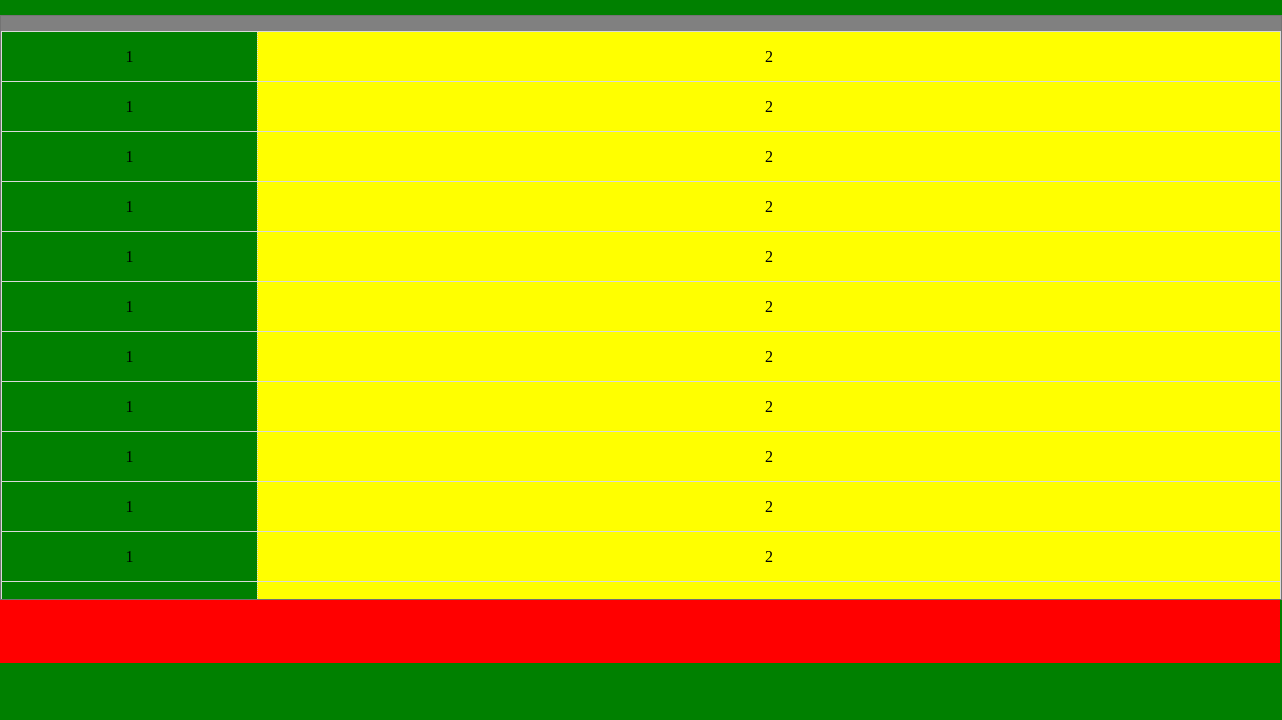
Repository: wangxinjun08231116/Html5Views
Page: WangXinJun/WebContent/htmls/ChangYongMark/table.html
These files come from the project's save history. The page is drawn as it stood at one moment and after the next save; the edit follows.
The browser window is 1280 px wide. The page is 1282 px wide, so the pictures cover 1282 px, including what lies to the right of the window. The pictures show the whole page.
An inner scrolling area shows only its first screen.

Above is the page before, as saved 2015-02-04 03:50:07.

After the next save:
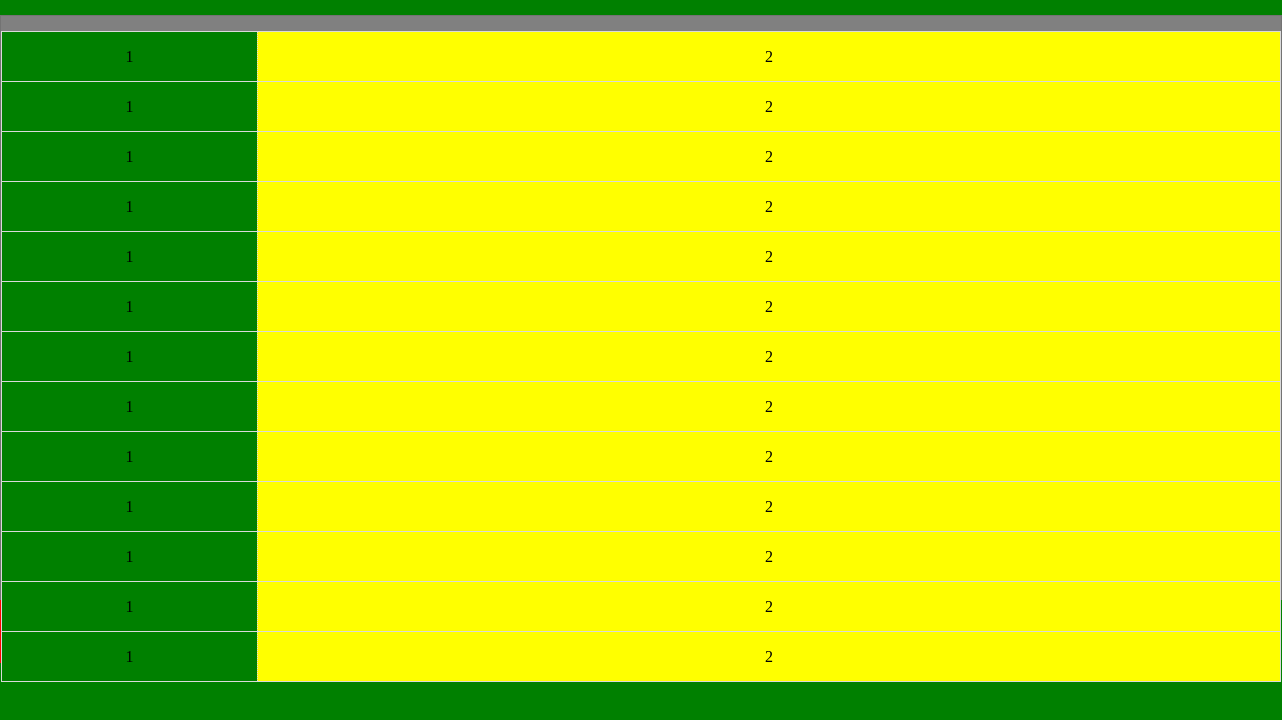
Saved 61 s later.
--- a/WangXinJun/WebContent/css/ChangYongMark/table.css
+++ b/WangXinJun/WebContent/css/ChangYongMark/table.css
@@ -17,8 +17,8 @@
 	    margin-top : 15px;
 	    width:100%;
 	    height:90%;
-	    overflow-x: hidden;
-	    border: 1px solid rgba(0, 0, 0, 0.1);
+/* 	    overflow-x: hidden;
+ */	    border: 1px solid rgba(0, 0, 0, 0.1);
 }
 
 table{

After the save that followed:
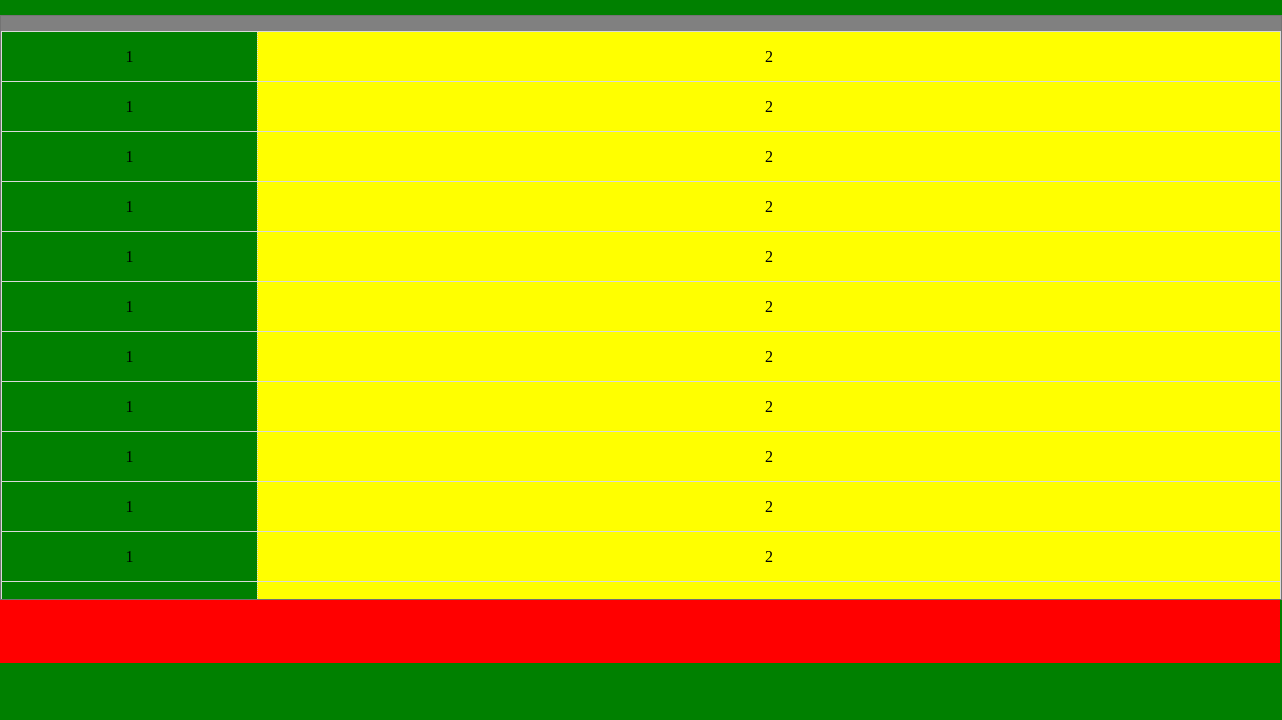
Saved 46 s later.
--- a/WangXinJun/WebContent/css/ChangYongMark/table.css
+++ b/WangXinJun/WebContent/css/ChangYongMark/table.css
@@ -17,8 +17,8 @@
 	    margin-top : 15px;
 	    width:100%;
 	    height:90%;
-/* 	    overflow-x: hidden;
- */	    border: 1px solid rgba(0, 0, 0, 0.1);
+ 	    overflow-x: hidden;
+ 	    border: 1px solid rgba(0, 0, 0, 0.1);
 }
 
 table{
